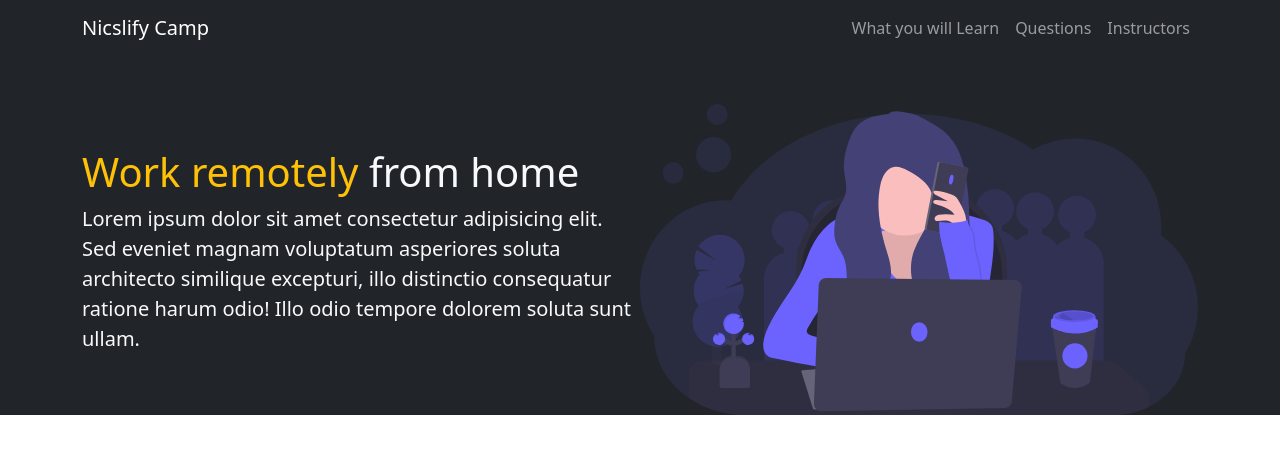
Repository: Eugene44-hub/enrollment-site
Page: index.html
These files come from the project's save history. The page is drawn as it stood at one moment and after a run of saves; the edit follows.
The browser window is 1280 px wide. The pictures show the whole page.

Above is the page before, as saved 2021-10-19 18:06:29.

### index.html
<!DOCTYPE html>
<html lang="en">

<head>
    <meta charset="UTF-8">
    <meta http-equiv="X-UA-Compatible" content="IE=edge">
    <meta name="viewport" content="width=device-width, initial-scale=1.0">
    <!-- CSS only -->
    <link href="https://cdn.jsdelivr.net/npm/bootstrap@5.1.3/dist/css/bootstrap.min.css" rel="stylesheet" integrity="sha384-1BmE4kWBq78iYhFldvKuhfTAU6auU8tT94WrHftjDbrCEXSU1oBoqyl2QvZ6jIW3" crossorigin="anonymous">
    <link rel="stylesheet" href="style.css">
    <title>Bootstrap webpage</title>
</head>

<body>
    <!-- nav bar starts -->
    <nav class="navbar navbar-expand-md bg-dark navbar-dark">
        <div class="container">
            <a href="" class="navbar-brand">Nicslify Camp</a>

            <button class="navbar-toggler" type="button" data-bs-toggle='collapse' data-bs-target="#navmenu">
              <span class="navbar-toggler-icon"></span>
            </button>

            <div class="collapse navbar-collapse" id="navmenu">
                <ul class="navbar-nav ms-auto text-sm-center">
                    <li class="nav-item">
                        <a href="#" class="nav-link">What you will Learn</a>
                    </li>
                    <li class="nav-item">
                        <a href="#" class="nav-link">Questions</a>
                    </li>
                    <li class="nav-item">
                        <a href="#" class="nav-link">Instructors</a>
                    </li>
                </ul>
            </div>
        </div>
    </nav>
    <!-- nav bar ends -->


    <!-- showCase starts -->
    <section class="bg-dark text-light text-center text-sm-start">
        <div class="container">
            <div class="d-md-flex pt-5 align-items-center justify-content-between">
                <div style="width: 50%;">
                    <div class="h1"><span class="text-warning">Work remotely</span> from home</div>
                    <p class="lead">Lorem ipsum dolor sit amet consectetur adipisicing elit. Sed eveniet magnam voluptatum asperiores soluta architecto similique excepturi, illo distinctio consequatur ratione harum odio! Illo odio tempore dolorem soluta sunt ullam.</p>
                </div>
                <img src="undraw_working_remotely_jh40.svg" class="image-fluid w-50 d-none d-sm-block" alt="">
            </div>
        </div>
    </section>
    <!-- showCase ends -->


</body>
<!-- JavaScript Bundle with Popper -->
<script src="https://cdn.jsdelivr.net/npm/bootstrap@5.1.3/dist/js/bootstrap.bundle.min.js" integrity="sha384-ka7Sk0Gln4gmtz2MlQnikT1wXgYsOg+OMhuP+IlRH9sENBO0LRn5q+8nbTov4+1p" crossorigin="anonymous"></script>

</html>

Loaded but not shown: style.css (common file)

After the next 3 saves:
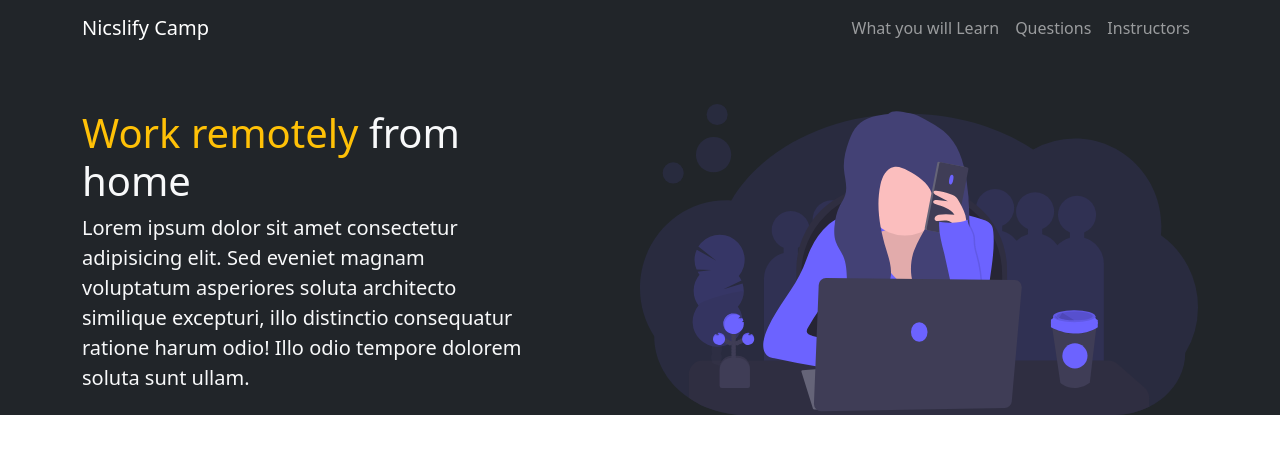
The 3 saves are shown as one change because they came seconds apart.
The last was saved 12 s later.
--- a/index.html
+++ b/index.html
@@ -43,7 +43,7 @@
     <section class="bg-dark text-light text-center text-sm-start">
         <div class="container">
             <div class="d-md-flex pt-5 align-items-center justify-content-between">
-                <div style="width: 50%;">
+                <div style="width: 40%;">
                     <div class="h1"><span class="text-warning">Work remotely</span> from home</div>
                     <p class="lead">Lorem ipsum dolor sit amet consectetur adipisicing elit. Sed eveniet magnam voluptatum asperiores soluta architecto similique excepturi, illo distinctio consequatur ratione harum odio! Illo odio tempore dolorem soluta sunt ullam.</p>
                 </div>
